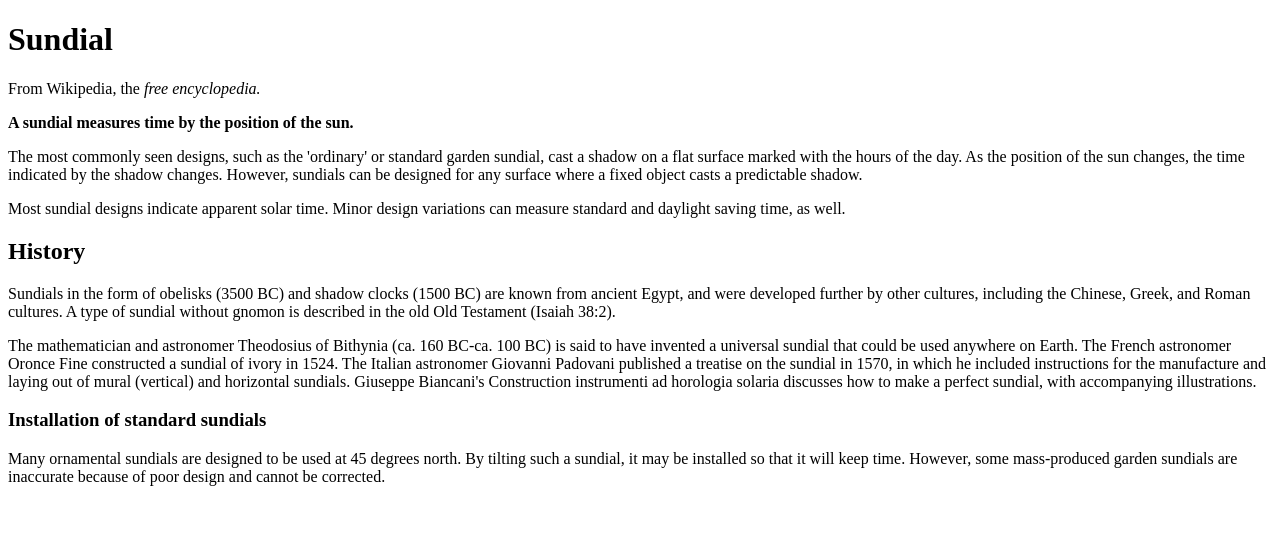
Repository: 9-5-pursuit/lab-intro-to-html
Page: sundial.html
The author's editor kept a copy of each file at every save. The page is drawn from the files as they stood at one save, then again after a run of saves.
The browser window is 1280 px wide. The pictures show the whole page.

Above is the page before, as saved 2023-02-27 16:41:54.

### sundial.html
<!DOCTYPE html>
<html lang="en">
  <head>
    <meta charset="UTF-8" />
    <meta http-equiv="X-UA-Compatible" content="IE=edge" />
    <meta name="viewport" content="width=device-width, initial-scale=1.0" />
    <title>Sundial</title>
  </head>
  <body>
    <header>
      <h1>Sundial</h1>
      <span> From Wikipedia, the <em>free encyclopedia.</em> </span>
    </header>
    <p></p>
    <strong>A sundial measures time by the position of the sun.</strong>
    <p>
      The most commonly seen designs, such as the 'ordinary' or standard garden
      sundial, cast a shadow on a flat surface marked with the hours of the day.
      As the position of the sun changes, the time indicated by the shadow
      changes. However, sundials can be designed for any surface where a fixed
      object casts a predictable shadow.
    </p>
    <p>
      Most sundial designs indicate apparent solar time. Minor design variations
      can measure standard and daylight saving time, as well.
    </p>
    <article>
      <span>
        <h2>History</h2>
      </span>
      <p>
        Sundials in the form of obelisks (3500 BC) and shadow clocks (1500 BC)
        are known from ancient Egypt, and were developed further by other
        cultures, including the Chinese, Greek, and Roman cultures. A type of
        sundial without gnomon is described in the old Old Testament (Isaiah
        38:2).
      </p>
      <p>
        The mathematician and astronomer Theodosius of Bithynia (ca. 160 BC-ca.
        100 BC) is said to have invented a universal sundial that could be used
        anywhere on Earth. The French astronomer Oronce Fine constructed a
        sundial of ivory in 1524. The Italian astronomer Giovanni Padovani
        published a treatise on the sundial in 1570, in which he included
        instructions for the manufacture and laying out of mural (vertical) and
        horizontal sundials. Giuseppe Biancani's Construction instrumenti ad
        horologia solaria discusses how to make a perfect sundial, with
        accompanying illustrations.
      </p>
      <span>
        <h3>Installation of standard sundials</h3>
      </span>
      <p>
        Many ornamental sundials are designed to be used at 45 degrees north. By
        tilting such a sundial, it may be installed so that it will keep time.
        However, some mass-produced garden sundials are inaccurate because of
        poor design and cannot be corrected.
      </p>
    </article>
  </body>
</html>

After the next 2 saves:
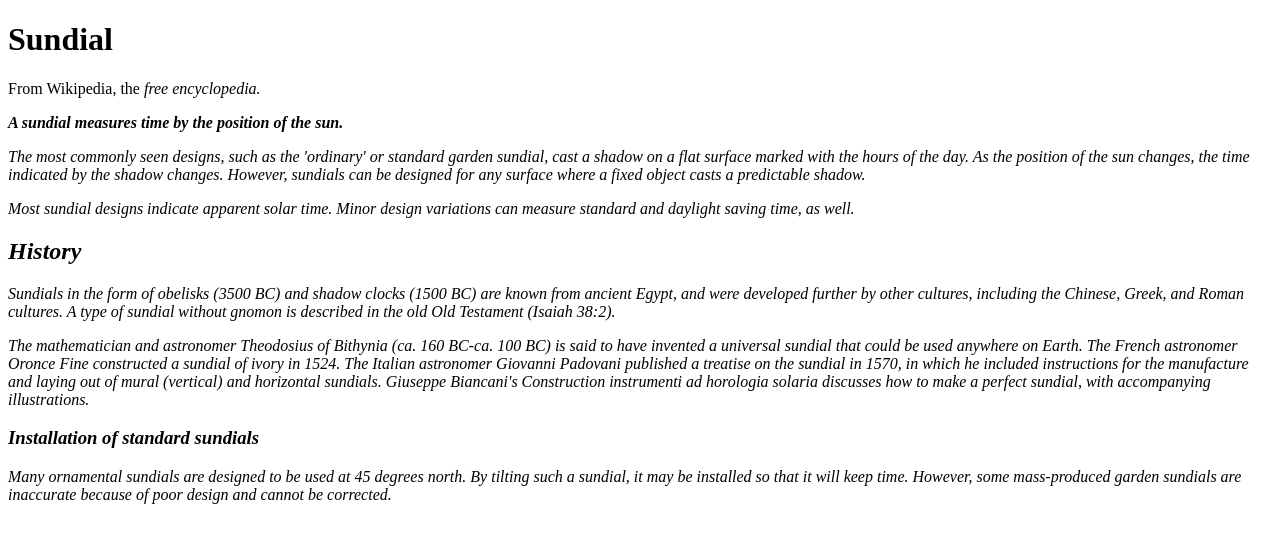
The 2 saves are shown as one change because they came seconds apart.
The last was saved 4 h 45 min later.
--- a/sundial.html
+++ b/sundial.html
@@ -9,7 +9,7 @@
   <body>
     <header>
       <h1>Sundial</h1>
-      <span> From Wikipedia, the <em>free encyclopedia.</em> </span>
+      <span> From Wikipedia, the <em>free encyclopedia.</span>
     </header>
     <p></p>
     <strong>A sundial measures time by the position of the sun.</strong>

After the 2 saves that followed:
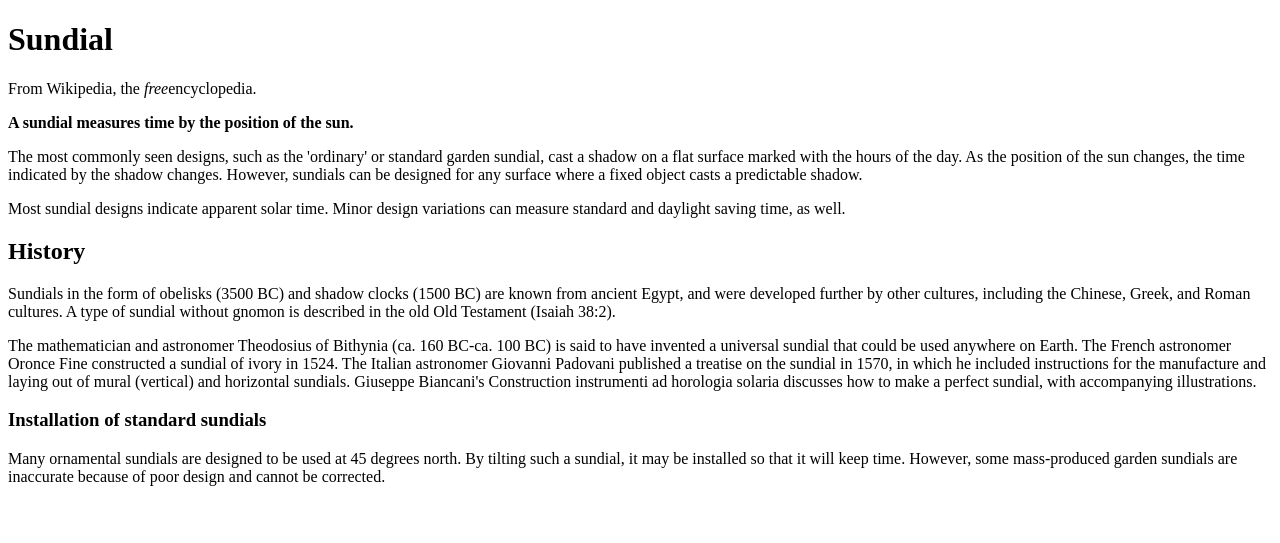
The 2 saves are shown as one change because they came seconds apart.
The last was saved 20 s later.
--- a/sundial.html
+++ b/sundial.html
@@ -9,7 +9,7 @@
   <body>
     <header>
       <h1>Sundial</h1>
-      <span> From Wikipedia, the <em>free encyclopedia.</span>
+      <span> From Wikipedia, the <em>free</em>encyclopedia.</span>
     </header>
     <p></p>
     <strong>A sundial measures time by the position of the sun.</strong>
